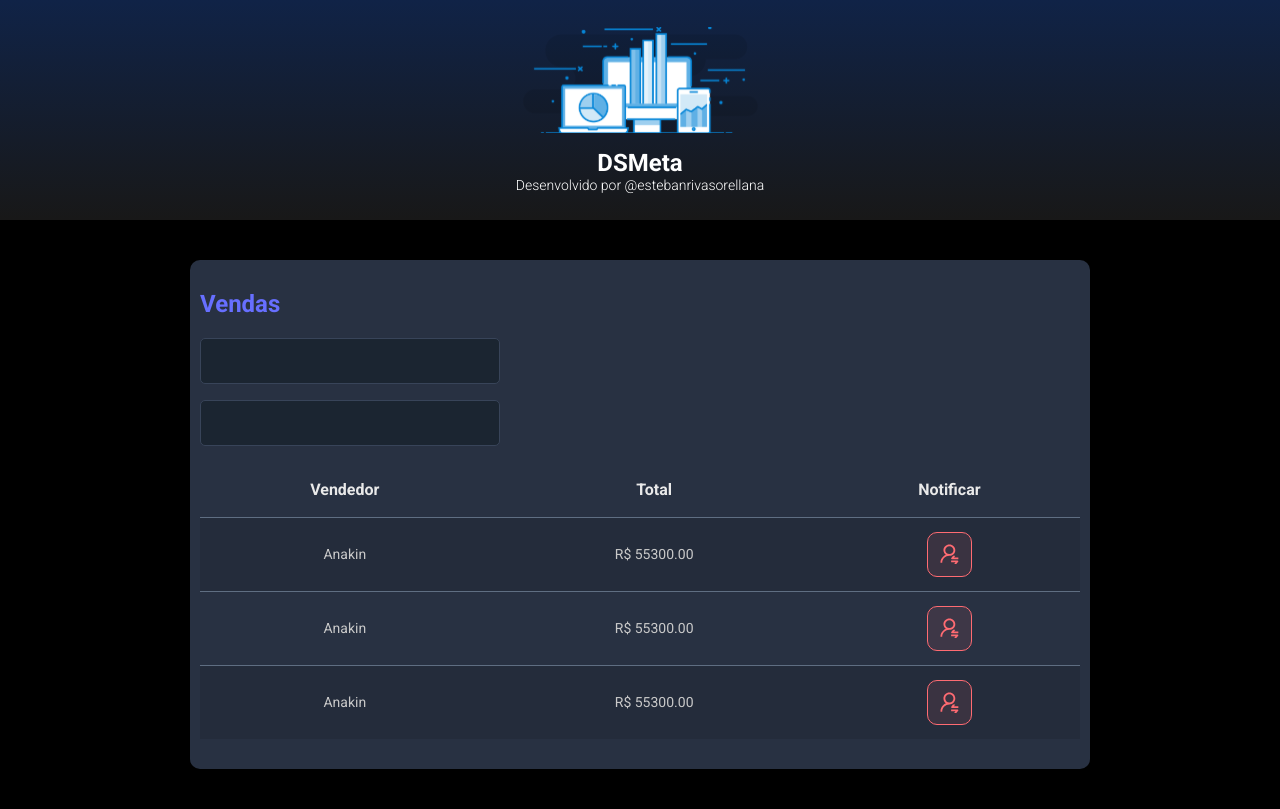
Repository: estebanrivas/dsmeta-css
Page: index.html
The author's editor kept a copy of each file at every save. The page is drawn from the files as they stood at one save, then again after a run of saves.
The browser window is 1280 px wide. The pictures show the whole page.

Above is the page before, as saved 2022-09-08 22:22:07.

After the next 3 saves:
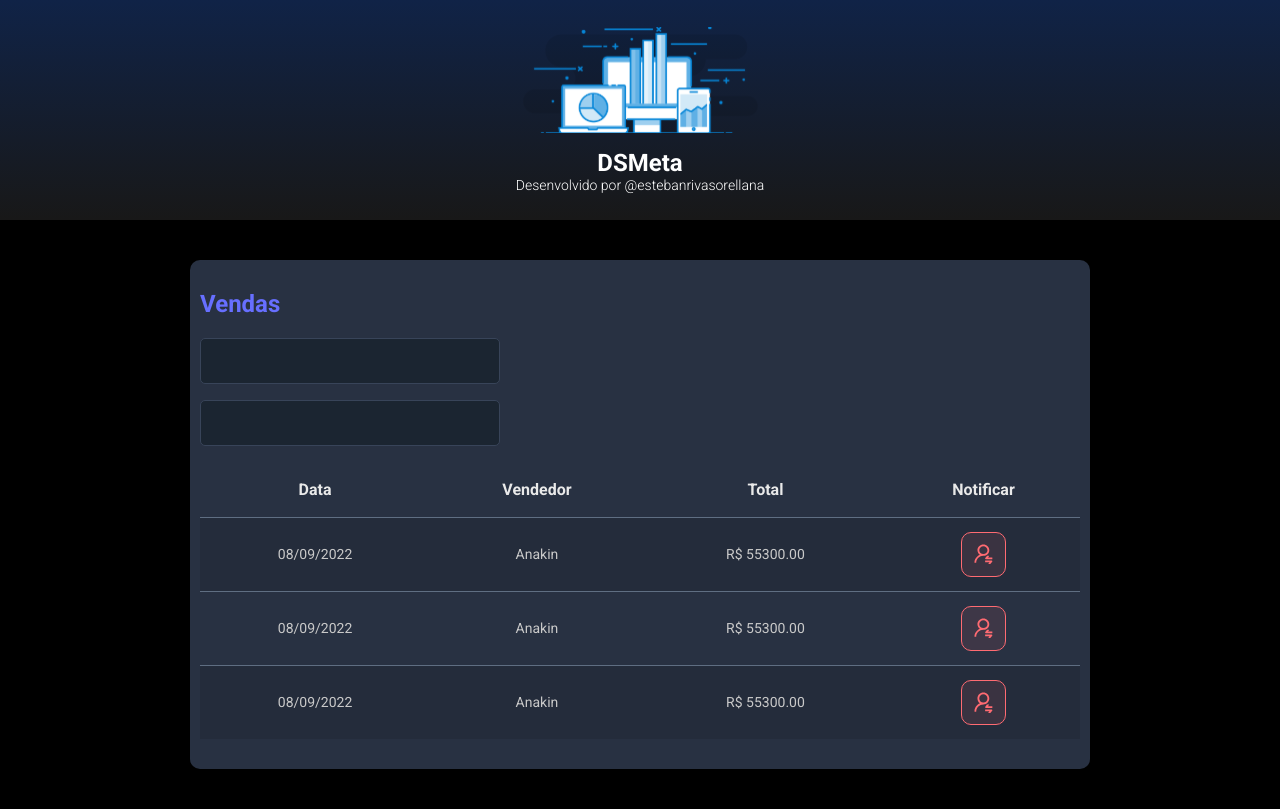
The 3 saves are shown as one change because they came seconds apart.
The last was saved 23 s later.
--- a/css/styles.css
+++ b/css/styles.css
@@ -146,5 +146,7 @@ header {
 }
 
 @media (min-width: 576px){
-
+    .show576{
+        display: table-cell;
+    }
 }
